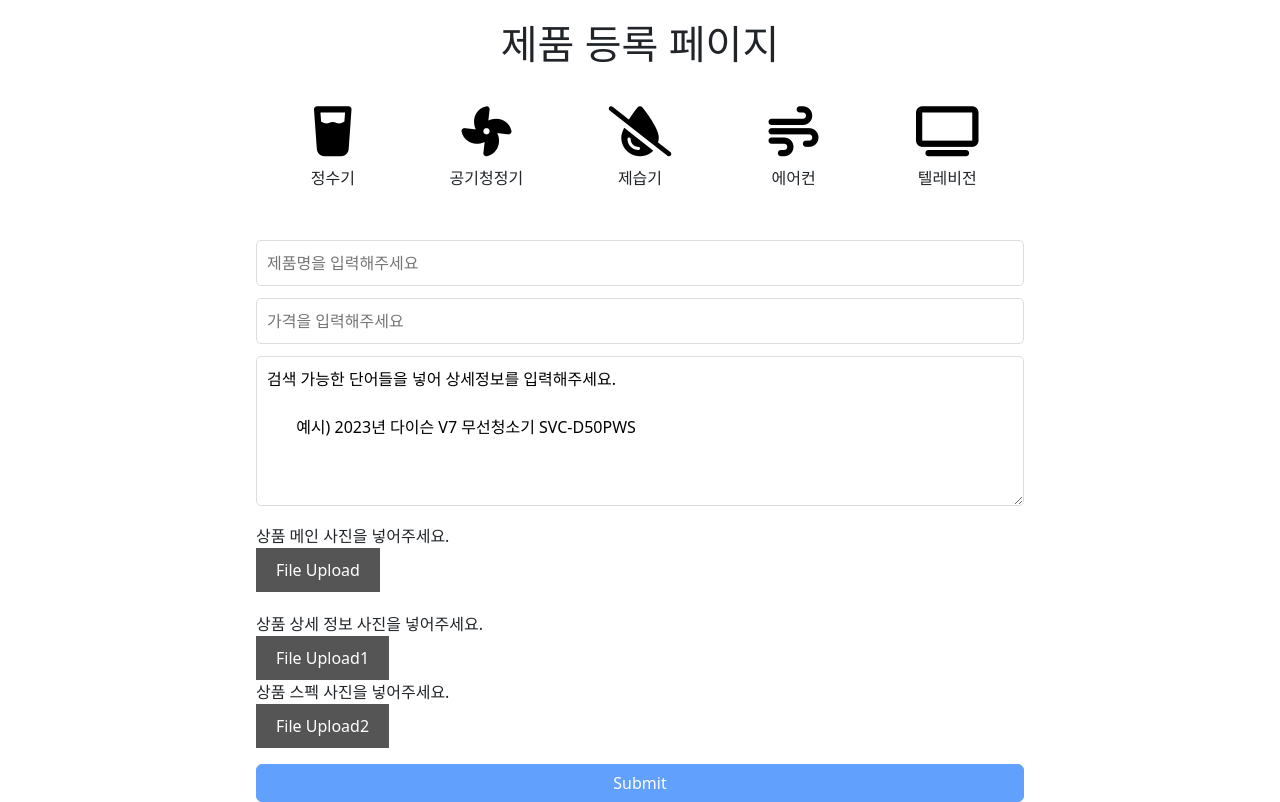
Repository: bbqju13/52si
Page: http://localhost/spring/WEB-INF/views/product/register.jsp
These files come from the project's save history. The page is drawn as it stood at one moment and after the next save; the edit follows.
The browser window is 1280 px wide. The pictures show the whole page.
Some web libraries are served in a nearby version. The page is served by Tomcat 9. Nobody is signed in. Other server files are loaded and not shown. The template is opened directly, without the code that normally fills it, so the values that code supplies are empty.

Above is the page before, as saved 2023-07-28 05:23:48.

### spring/src/main/webapp/WEB-INF/views/product/register.jsp
<%@ page language="java" contentType="text/html; charset=UTF-8"
    pageEncoding="UTF-8"%>
<%@ taglib uri="http://java.sun.com/jsp/jstl/core" prefix="c" %>
<!DOCTYPE html>
<html>
<head>
<meta charset="UTF-8">
<title>Product Register Page</title>
<link rel="stylesheet" href="/resources/css/product/register.css">
<script src="https://kit.fontawesome.com/e927512ef5.js" crossorigin="anonymous"></script>
<link href="https://cdn.jsdelivr.net/npm/bootstrap@5.3.1/dist/css/bootstrap.min.css" rel="stylesheet" integrity="sha384-4bw+/aepP/YC94hEpVNVgiZdgIC5+VKNBQNGCHeKRQN+PtmoHDEXuppvnDJzQIu9" crossorigin="anonymous">
<script src="https://cdn.jsdelivr.net/npm/bootstrap@5.3.1/dist/js/bootstrap.bundle.min.js" integrity="sha384-HwwvtgBNo3bZJJLYd8oVXjrBZt8cqVSpeBNS5n7C8IVInixGAoxmnlMuBnhbgrkm" crossorigin="anonymous"></script>
</head>
<body>
	<h1>제품 등록 페이지</h1>
	 <form action="/product/register" method="post" id="registerForm" class="was-validated" enctype="multipart/form-data">
        <div id="productDiv">
            <ul>
                <li class="product" data-value="정수기">
                    <div>
                        <i class="fa-solid fa-glass-water" style="color: #000000;"></i>
                        <div class="product-name">정수기</div>
                    </div>
                </li>
                <li class="product" data-value="공기청정기">
                    <div>
                        <i class="fa-solid fa-fan" style="color: #000000;"></i>
                        <div class="product-name">공기청정기</div>
                    </div>
                </li>
                <li class="product" data-value="제습기">
                    <div>
                        <i class="fa-solid fa-droplet-slash" style="color: #000000;"></i>
                        <div class="product-name">제습기</div>
                    </div>
                </li>
                <li class="product" data-value="에어컨">
                    <div>
                        <i class="fa-solid fa-wind" style="color: #000000;"></i>
                        <div class="product-name">에어컨</div>
                    </div>
                </li>
                <li class="product" data-value="텔레비전">
                    <div>
                        <i class="fa-solid fa-tv" style="color: #000000;"></i>
                        <div class="product-name">텔레비전</div>
                    </div>
                </li>
            </ul>
        </div>
        <input type="hidden" name="type_a" id="mySelection">
        <p id="type_aError" class="error" style="color: red; display: none;">제품 카테고리를 입력해주세요.</p>
       <br>
       <input name="pname" placeholder="제품명을 입력해주세요"> <br>
       <p id="pnameError" class="error" style="color: red; display: none;">제품명을 입력해주세요.</p>
       <input id="priceInput" name="price" placeholder="가격을 입력해주세요"> <br>
       <p id="priceError" class="error" style="color: red; display: none;">숫자만 입력해주세요.</p>
       <textarea name="content" cols="50" rows="10">검색 가능한 단어들을 넣어 상세정보를 입력해주세요.&#10;
       예시) 2023년 다이슨 V7 무선청소기 SVC-D50PWS
       </textarea> <br>
       <div class="fileDiv">
	       상품 메인 사진을 넣어주세요.<input type="file" id="files" name="files" style="display: none" class="form-control" aria-label="file example" required> <br>
	       <button type="button" id="trigger">File Upload</button> <br>
	       <div id="fileZone">

	       </div>
	   </div>

	   <div class="fileDiv">
	       상품 상세 정보 사진을 넣어주세요.<input type="file" id="files1" name="files" style="display: none" class="form-control" aria-label="file example" required> <br>
	       <button type="button" id="trigger1">File Upload1</button> <br>
	       <div id="fileZone1">

	       </div>
       </div>

       <div class="fileDiv">
	       상품 스펙 사진을 넣어주세요.<input type="file" id="files2" name="files" style="display: none" class="form-control" aria-label="file example" required> <br>
	       <button type="button" id="trigger2">File Upload2</button> <br>
	       <div id="fileZone2">

	       </div>
       </div>
       <button onclick="validateButton(event)" id="regBtn" class="btn btn-primary" type="submit" disabled>Submit</button>
    </form>

	<script type="text/javascript" src="/resources/js/product/productRegister.js"></script>
	<script type="text/javascript">
	    const thereis = `<c:out value="${thereis}"/>`;
	    console.log(thereis);
	    if (thereis === "1") {
	        alert("같은 상품명이 존재합니다. 다시 입력해주세요.");
	        document.getElementById("registerForm").addEventListener("submit", function(e) {
	        });
	    }
</script>
</body>
</html>

### spring/src/main/webapp/resources/css/product/register.css
body {
    font-family: 'Helvetica Neue', Helvetica, Arial, sans-serif;
    background-color: #fff;
    color: #333;
    margin: 0;
    padding: 0;
}

h1 {
    text-align: center;
    padding: 20px 0;
}

form {
    width: 60%;
    margin: 0 auto;
}

input, textarea {
    width: 100%;
    margin: 10px;
    padding: 10px;
    font-size: 0.8em;
    border-radius: 5px;
    border: 1px solid #ddd;
    margin-bottom: 12px !important;
}

textarea {
    height: 150px;
}

li {
    list-style-type: none;
    flex: 1;
    text-align: center;
    padding: 10px;
    box-sizing: border-box;
    margin: 0 5px;
}

ul {
    display: flex;
    justify-content: space-between;
    cursor: pointer;
    padding-left: 0px !important;
    margin-bottom: 12px;
}

.product-clicked {
    background-color: rgba(128, 128, 128, 0.5);
   	padding: 10px;
   	margin-top: -10px;
    border-radius: 5px;
    animation: pop 0.6s;
}
@keyframes pop {
    0% { transform: scale(1); }
    50% { transform: scale(1.2); }
    100% { transform: scale(1); }
}

i {
    font-size: 50px;
    display: block;
    margin-bottom: 10px;
}

button {
    background-color: #555;
    color: #fff;
    border: none;
    padding: 10px 20px;
    text-align: center;
    text-decoration: none;
    display: inline-block;
    font-size: 16px;
    margin: 4px 2px;
    cursor: pointer;
}

button:hover {
    background-color: #343638;
}

#regBtn {
    width: 100%;
}

#fileZone {
    margin-bottom: 20px;
}

.product-name {
	white-space:nowrap;
}

.error {
	text-align: center;
}

#type_aError {
	margin: 0;
}

#regBtn {
	margin-top: 16px;
}

### spring/src/main/webapp/resources/js/product/productRegister.js
document.getElementById('trigger').addEventListener('click', () => {
    document.getElementById('files').click();
})

document.getElementById('trigger1').addEventListener('click', () => {
    document.getElementById('files1').click();
})

document.getElementById('trigger2').addEventListener('click', () => {
    document.getElementById('files2').click();
})

const regExp = new RegExp("\.(exe|sh|bat|msi|dll|js)$");
const regExpImg = new RegExp("\.(jpg|jpeg|png|gif|bmp)$");
const maxSize = 1024*1024*20;

function fileSizeValidation(fileName, fileSize) {
    if(regExp.test(fileName)) {
        return 0;
    } else if(fileSize > maxSize) {
        return 0;
    } else {
        return 1;
    }
}

document.addEventListener('change', (e) => {
    console.log(e.target);
    if(e.target.id=='files') {
        document.getElementById('regBtn').disabled=false;
        const fileObject = document.getElementById('files').files;
        console.log(fileObject);

        let div = document.getElementById('fileZone');
        div.innerHTML = '';
        let ul = `<ul>`;
        let isOk = 1;
        for(let file of fileObject) {
            console.log(file);
            let validResult = fileSizeValidation(file.name, file.size);
            isOk*=validResult;
            ul += `<li>`;
            ul += `${validResult ? '<div>업로드 가능':'<div>업로드 불가능'}</div>`;
            ul += `${file.name}`;
            ul += `<span class="badge rounded-pill text-bg-${validResult?'success':'danger'}">${file.size}Bytes</span></li>`;
        }
        ul += `</ul>`;
        div.innerHTML = ul;
        if(isOk==0) {
            document.getElementById('regBtn').disabled = true;
        }

    }
})

document.addEventListener('change', (e) => {
    console.log(e.target);
    if(e.target.id=='files1') {
        document.getElementById('regBtn').disabled=false;
        const fileObject = document.getElementById('files1').files;
        console.log(fileObject);

        let div1 = document.getElementById('fileZone1');
        div1.innerHTML = '';
        let ul = `<ul>`;
        let isOk = 1;
        for(let file of fileObject) {
            console.log(file);
            let validResult = fileSizeValidation(file.name, file.size);
            isOk*=validResult;
            ul += `<li>`;
            ul += `${validResult ? '<div>업로드 가능':'<div>업로드 불가능'}</div>`;
            ul += `${file.name}`;
            ul += `<span class="badge rounded-pill text-bg-${validResult?'success':'danger'}">${file.size}Bytes</span></li>`;
        }
        ul += `</ul>`;
        div1.innerHTML = ul;
        if(isOk==0) {
            document.getElementById('regBtn').disabled = true;
        }

    }
})

document.addEventListener('change', (e) => {
    console.log(e.target);
    if(e.target.id=='files2') {
        document.getElementById('regBtn').disabled=false;
        const fileObject = document.getElementById('files2').files;
        console.log(fileObject);

        let div1 = document.getElementById('fileZone2');
        div1.innerHTML = '';
        let ul = `<ul>`;
        let isOk = 1;
        for(let file of fileObject) {
            console.log(file);
            let validResult = fileSizeValidation(file.name, file.size);
            isOk*=validResult;
            ul += `<li>`;
            ul += `${validResult ? '<div>업로드 가능':'<div>업로드 불가능'}</div>`;
            ul += `${file.name}`;
            ul += `<span class="badge rounded-pill text-bg-${validResult?'success':'danger'}">${file.size}Bytes</span></li>`;
        }
        ul += `</ul>`;
        div1.innerHTML = ul;
        if(isOk==0) {
            document.getElementById('regBtn').disabled = true;
        }

    }
})

window.onload = function(){
    var products = document.querySelectorAll('.product');
    products.forEach(function(product){
        product.addEventListener('click', function(e){
            // remove product-clicked from all products
            products.forEach(function(prod){
                prod.firstElementChild.classList.remove('product-clicked');
            });

            // add product-clicked to the clicked product
            e.currentTarget.firstElementChild.classList.add('product-clicked');

            // update the hidden input with the data-value of the clicked product
            document.getElementById('mySelection').value = e.currentTarget.dataset.value;
        });
    });
}

function validateButton(event) {
    var type_aInput = document.querySelector('input[name="type_a"]');
    var type_aError = document.getElementById("type_aError");
    var pnameInput = document.querySelector('input[name="pname"]');
    var pnameError = document.getElementById("pnameError");
    var priceInput = document.querySelector('input[name="price"]');
    var priceError = document.getElementById("priceError");
    var contentTextarea = document.querySelector('textarea[name="content"]');
    var isFormValid = true; // 폼 유효성 검사 결과
    console.log(isFormValid);

    if (type_aInput.value.trim() === "") {
        isFormValid = false;
        type_aError.style.display = "block";
    } else {
        type_aError.style.display = "none";
    }

    if (pnameInput.value.trim() === "") {
        isFormValid = false;
        pnameError.style.display = "block";
    } else {
        pnameError.style.display = "none";
    }

    if (priceInput.value.trim() === "" || isNaN(priceInput.value)) {
        isFormValid = false;
        priceError.style.display = "block";
    } else {
        priceError.style.display = "none";
    }

    if (contentTextarea.value.trim() === "") {
        isFormValid = false;
    }

    console.log(isFormValid);
    // 폼 전송 막기
    if (!isFormValid) {
        event.preventDefault();
    }
}

After the next save:
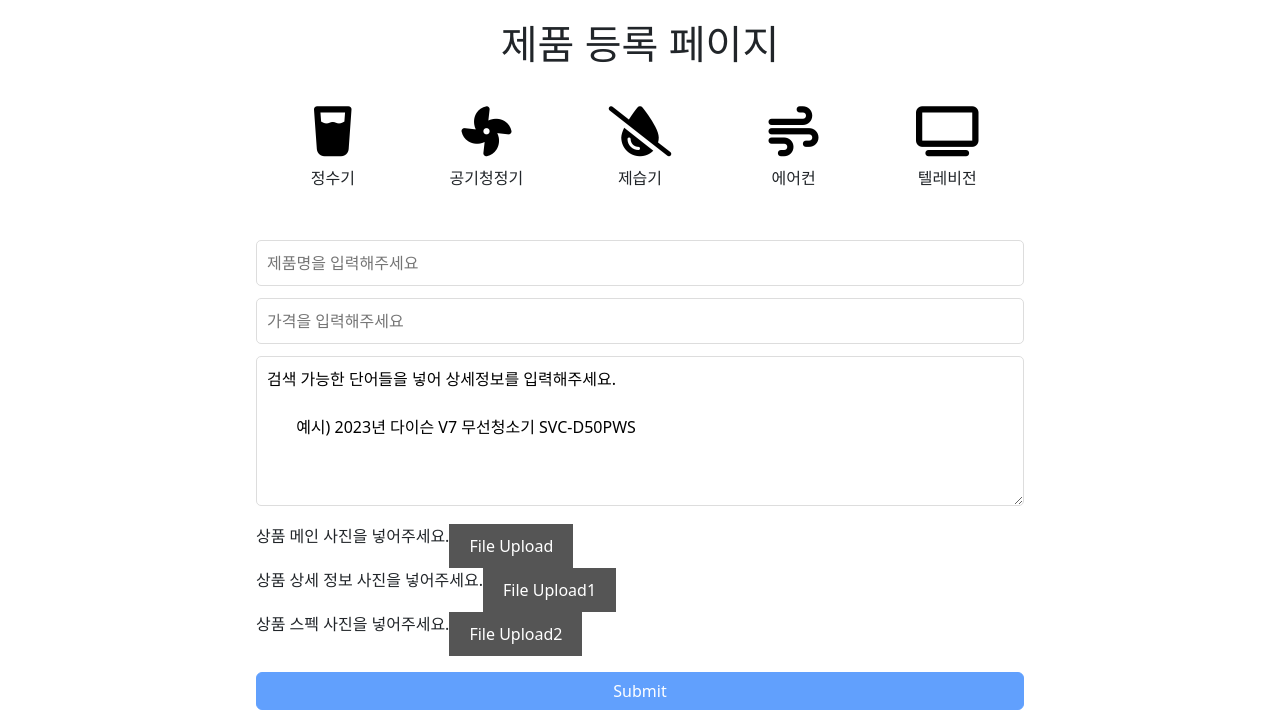
Saved 24 s later.
--- a/spring/src/main/webapp/resources/css/product/register.css
+++ b/spring/src/main/webapp/resources/css/product/register.css
@@ -106,3 +106,7 @@ button:hover {
 #regBtn {
 	margin-top: 16px;
 }
+
+.fileDiv {
+	display: flex;
+}
